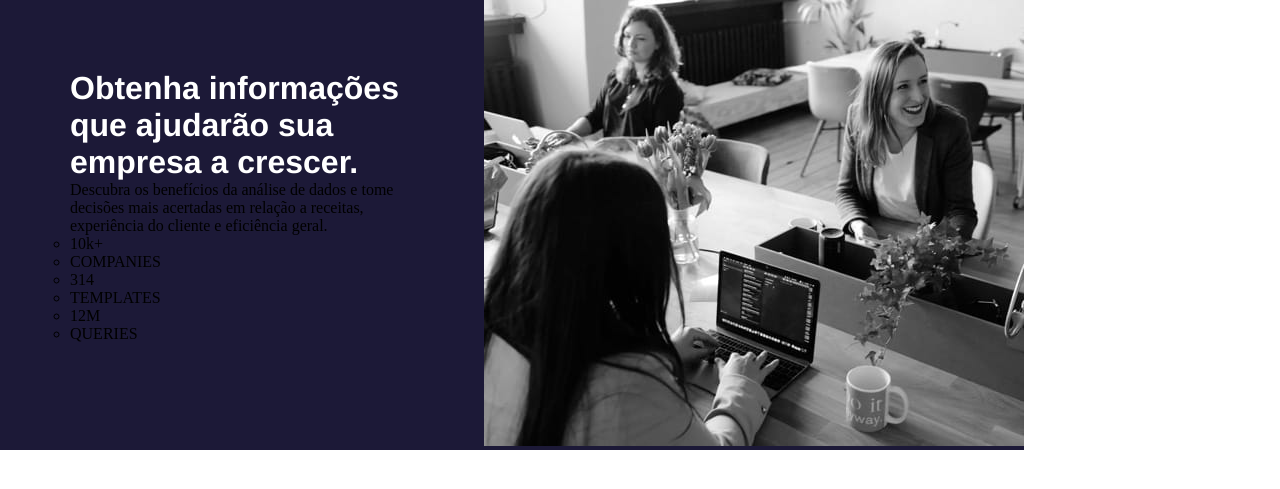
Repository: caique2512/componentes-de-estatisticas
Page: index.html
An editor plug-in stored every save of this project. The page is shown before and after a run of saves, followed by the edit.
The browser window is 1280 px wide. The pictures show the whole page.

Above is the page before, as saved 2026-03-03 17:14:58.

### index.html
<!DOCTYPE html>
<html lang="pt-br">
<head>
    <meta charset="UTF-8">
    <meta name="viewport" content="width=device-width, initial-scale=1.0">
    <title>Estatisticas</title>
    <link rel="stylesheet" href="src/reset.css">
    <link rel="stylesheet" href="src/estilos.css">
</head>
<body>
    <main class="conteudo">
        <div class="conteudo-principal">
            <h1 class="titulo">Obtenha <span>informações</span> que ajudarão sua empresa a crescer.</h1>
            <p>Descubra os benefícios da análise de dados e tome decisões mais acertadas em relação a receitas, experiência do cliente e eficiência geral.</p>
            <ul class="estatisticas">
                <ul class="item1">
                    <li class="descricao">10k+</li>
                    <li>COMPANIES</li>
                </ul>
                <ul class="item2">
                    <li class="descricao">314</li>
                    <li>TEMPLATES</li>
                </ul>
                <ul class="item3">
                    <li class="descricao">12M</li>
                    <li>QUERIES</li>
                </ul>
            </ul>
        </div>
        <picture class="img">
            <img src="./images/image-header-desktop.jpg" alt="Mulheres no escritório">
        </picture>
    </main>
</body>
</html>

### src/estilos.css
.conteudo {
    background-color: #1C1937;
    display: flex;
    max-width: calc(100% - 20%);
}

.conteudo-principal {
    padding: 70px;
    width: 500px;
}

.conteudo-principal .titulo {
    color: white;
    font-weight: 600;
    font-family: 'Franklin Gothic Medium', 'Arial Narrow', Arial, sans-serif;
}

Loaded but not shown: src/reset.css (common file)

After the next 5 saves:
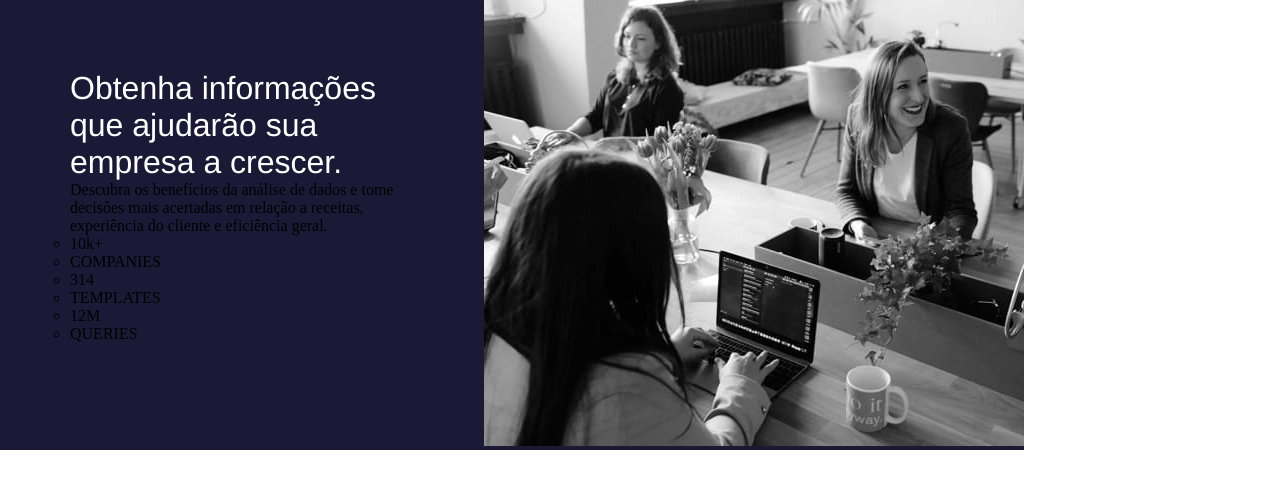
The 5 saves are shown as one change because they came seconds apart.
The last was saved 19 s later.
--- a/src/estilos.css
+++ b/src/estilos.css
@@ -11,6 +11,6 @@
 
 .conteudo-principal .titulo {
     color: white;
-    font-weight: 600;
+    font-weight: 100;
     font-family: 'Franklin Gothic Medium', 'Arial Narrow', Arial, sans-serif;
 }
